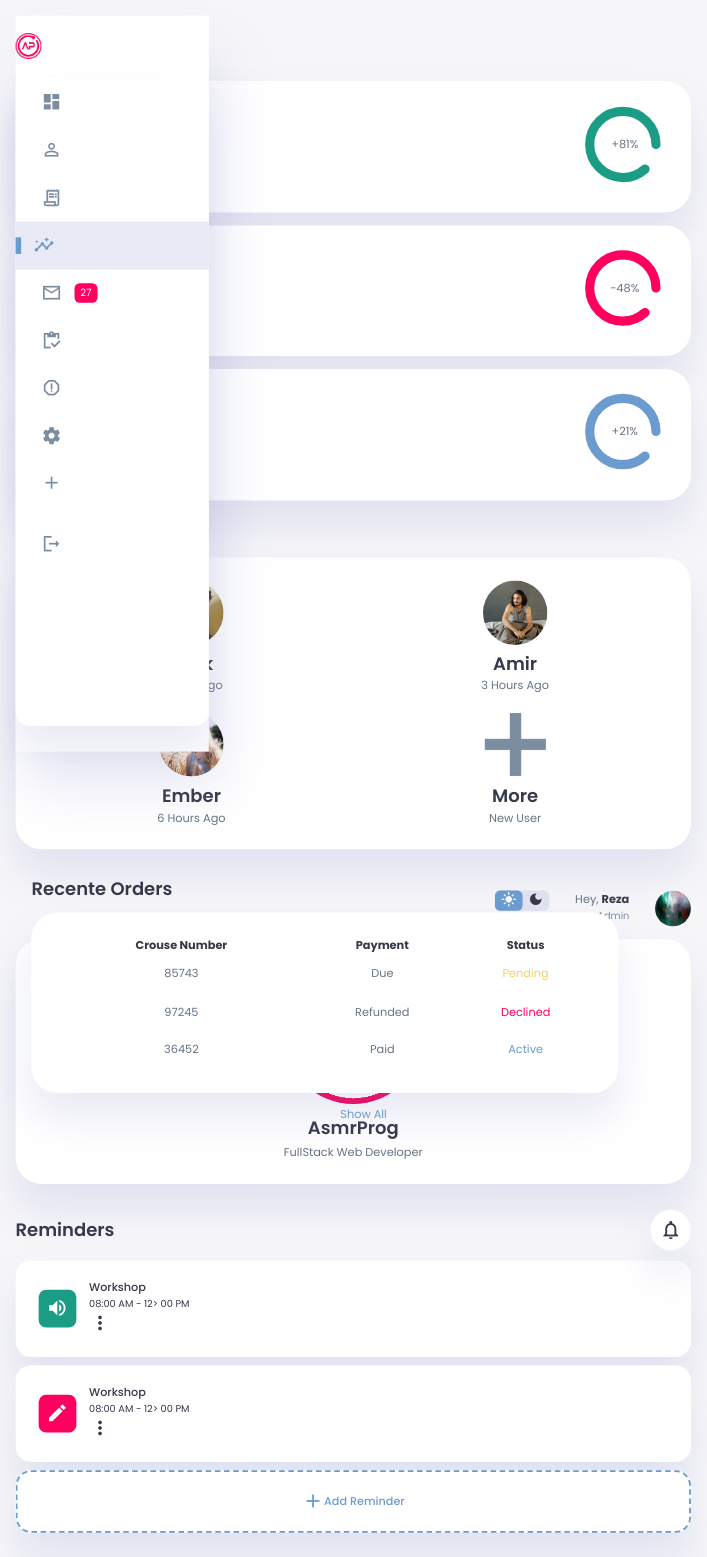
Repository: pheonix5/ProjetosRN-linux
Page: DashBoard/index.html
The author's editor kept a copy of each file at every save. The page is drawn from the files as they stood at one save, then again after the next save.
The browser window is 768 px wide. The pictures show the whole page, at 92% of full size.

Above is the page before, as saved 2023-08-06 03:34:29.

After the next save:
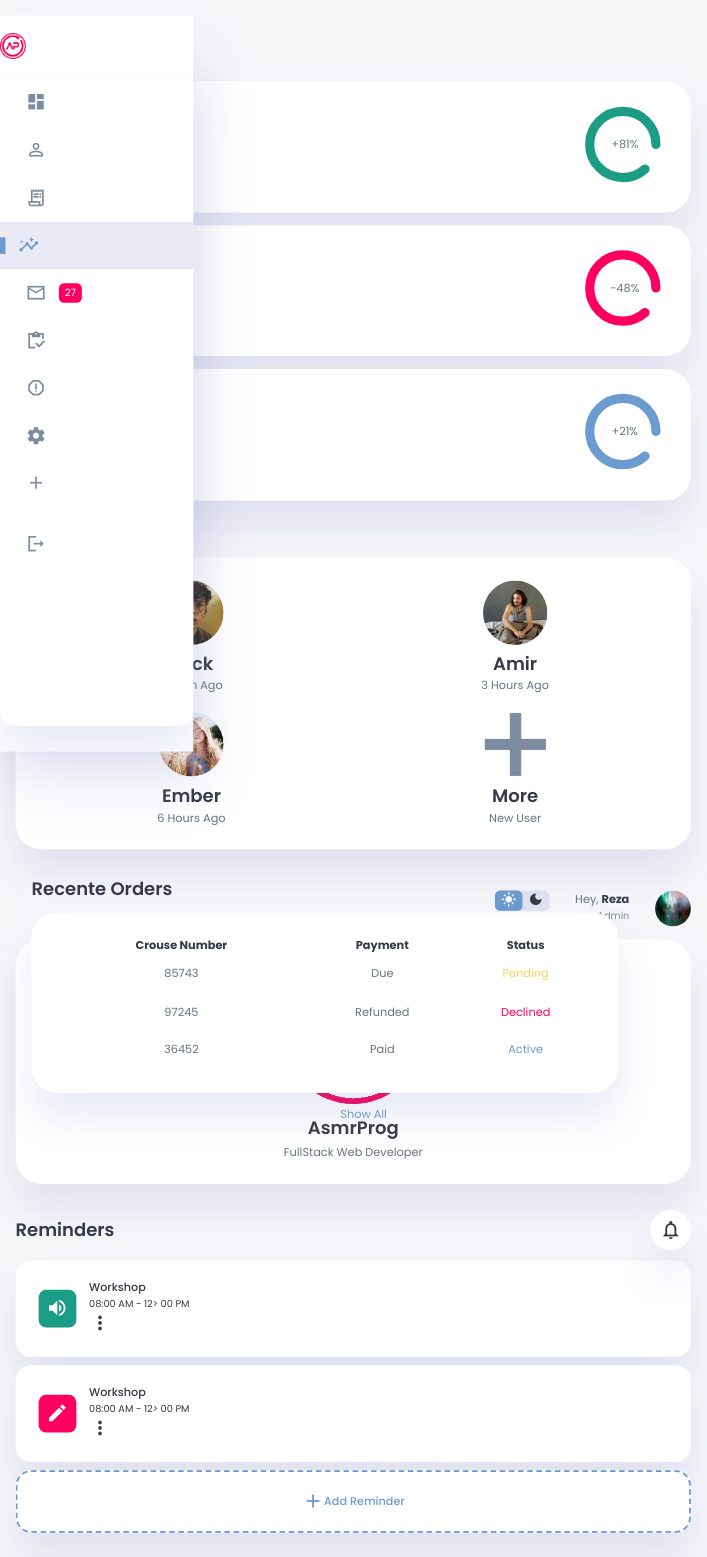
Saved 26 s later.
--- a/DashBoard/style.css
+++ b/DashBoard/style.css
@@ -606,4 +606,10 @@ main .recent-orders a{
     height: 100vh;
     animation: showMenu 0.4s ease forwards
   }
-}
+
+  @keyframes showMenu {
+    to{
+      left: 0;
+    }
+  }
+}
